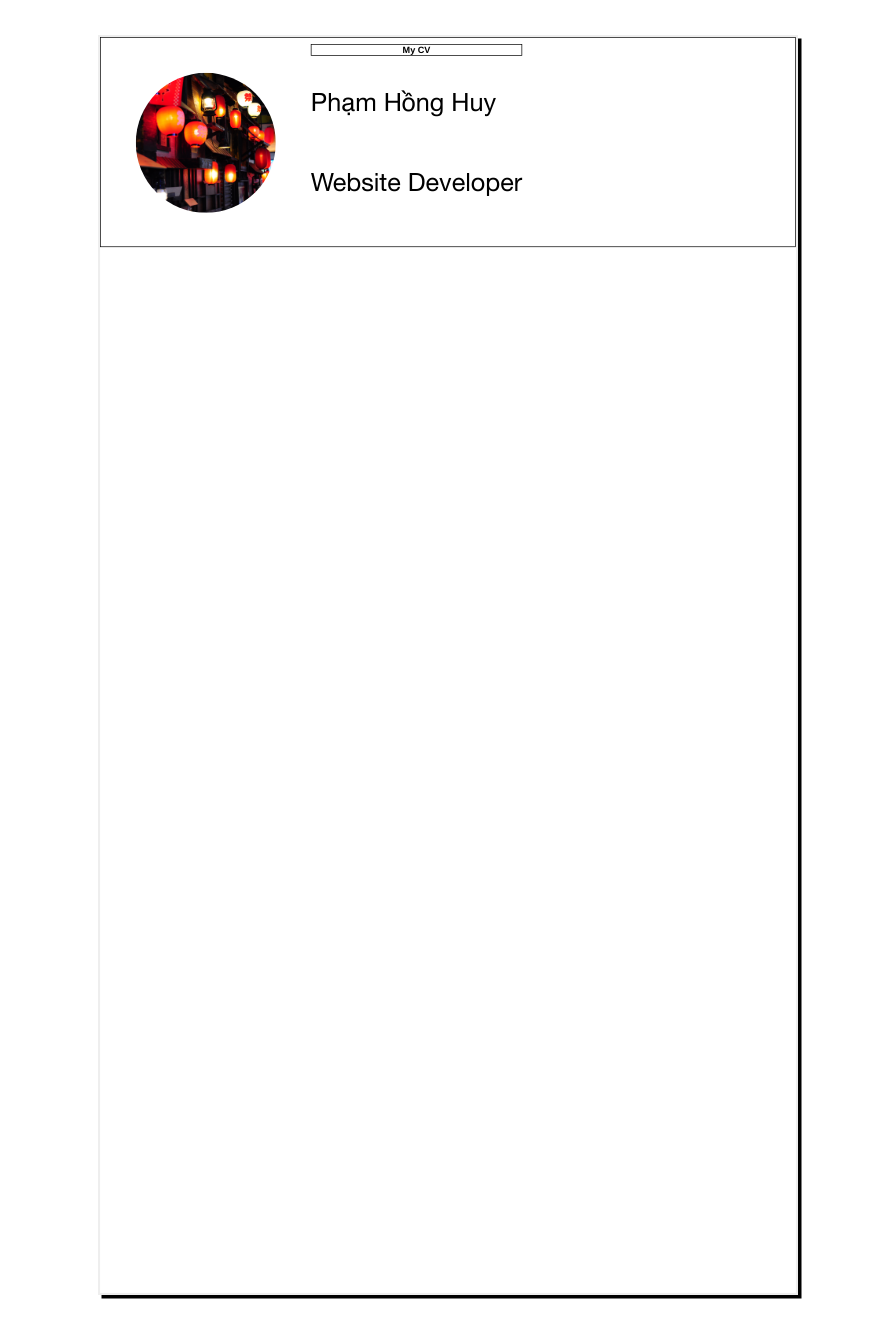
Repository: phamhonghuy/bookstore
Page: index.html
An editor plug-in stored every save of this project. The page is shown before and after the next save, followed by the edit.
The browser window is 1280 px wide. The pictures show the whole page, at 70% of full size.

Above is the page before, as saved 2021-10-08 23:40:38.

### index.html
<!DOCTYPE html>
<html>
    <head>
        <meta name="viewport" content="width=device-width" />
        <meta  charset="utf-8" />
        <script src="js/script.js"></script>
        <link rel="stylesheet" href="css/style.css">
        <title>My CV</title>
        <link rel="shortcut icon" href="/image/shortcut-icon.png">
    </head>
    <body>
        <div class='header'>
            <img id ='avatar' src="/image/Avatar.jpg">
            <div class='header-content'>
            <h1>My CV</h1>
            <p id="name">Phạm Hồng Huy</p>
            <p id="name">Website Developer</p>
            </div>
        </div>
    </body>
    <footer></footer>
</html>

### css/style.css
* {
    color:rgb(0, 0, 0);
    font-family: Helvetica;
    font-size: 13px;
    box-sizing: border-box;
}
@font-face {
    font-family:Helvetica;
    src: url(/font/helveticaneue.ttf);
}
body {
    width: 1000px;
    height: 1800px;
    box-shadow: 5px 5px rgb(0, 0, 0);
    margin: 50px auto;
    border: 3px solid #eee;
}

.header{
    display: flex;
    height:300px ;
    border: 1px solid rgb(0, 0, 0);
    wrap: wrap;

}

.header #avatar {
    height: 200px ;
    margin: 50px;
    border-radius: 50%;

}
h1 {
    text-align: center;
    width: ;
    border: 1px solid rgb(0, 0, 0);
}
.header-content{
    display: flex;
    flex-direction: column;
    font-size: 36px;
}
.header-content p{
    font-size: 36px;
}

Loaded but not shown: JS/script.js (no copy from this time; the picture is the same without it)

After the next save:
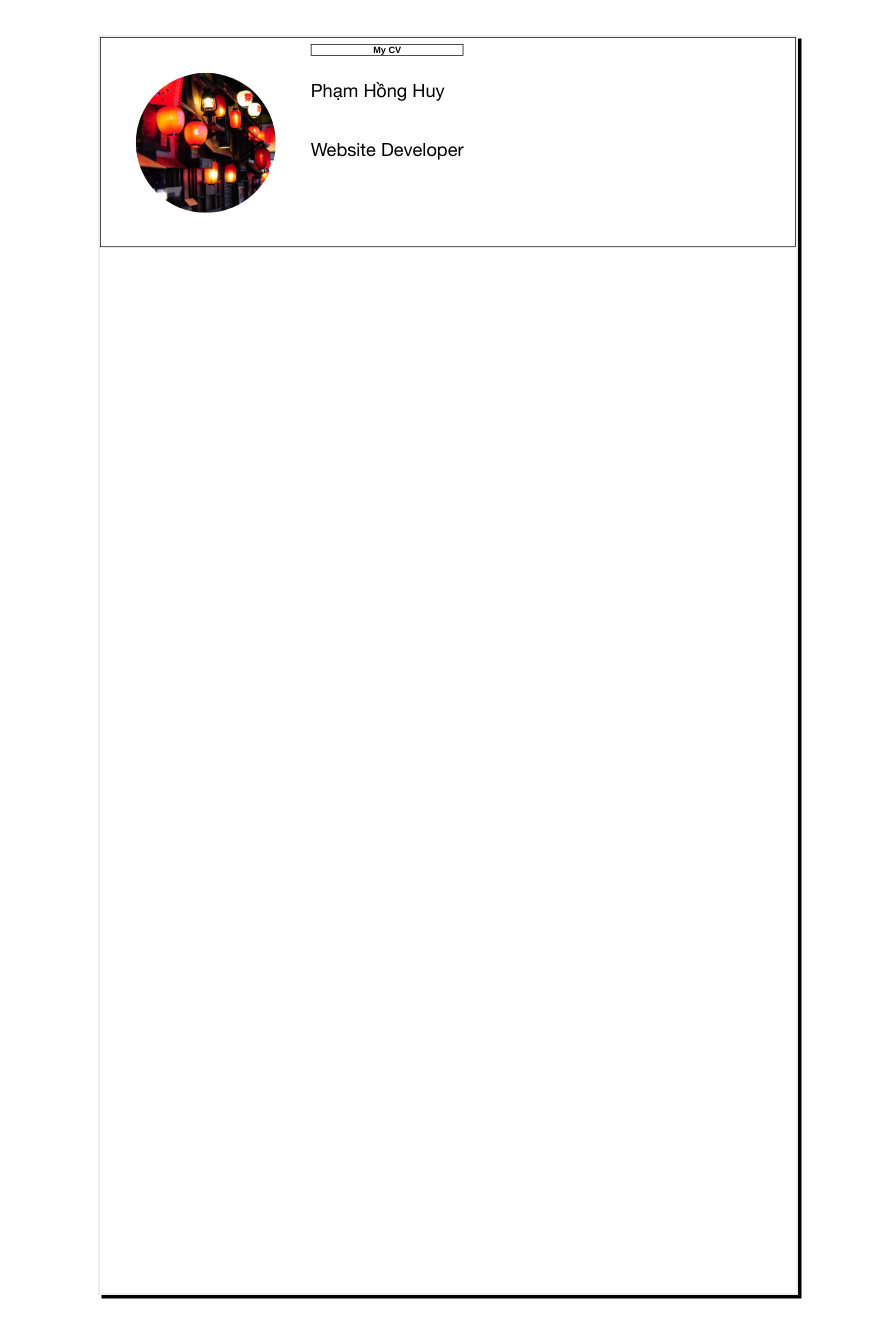
Saved 6 s later.
--- a/css/style.css
+++ b/css/style.css
@@ -41,5 +41,5 @@ h1 {
     font-size: 36px;
 }
 .header-content p{
-    font-size: 36px;
+    font-size: 26px;
 }
